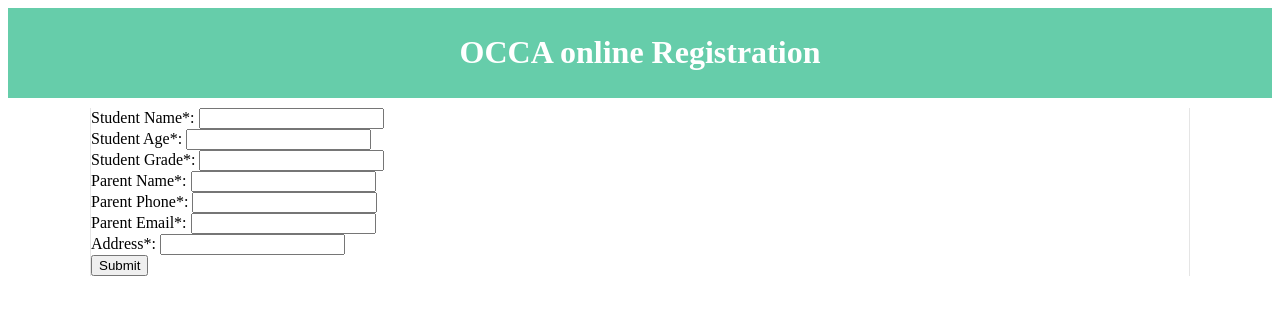
Repository: dreamxia329/TechExercise4830
Page: T3-0325-xia/T3-webProject-Xia/WebContent/register.html
These files come from the project's save history. The page is drawn as it stood at one moment and after the next save; the edit follows.
The browser window is 1280 px wide. The pictures show the whole page.

Above is the page before, as saved 2022-03-31 17:02:53.

After the next save:
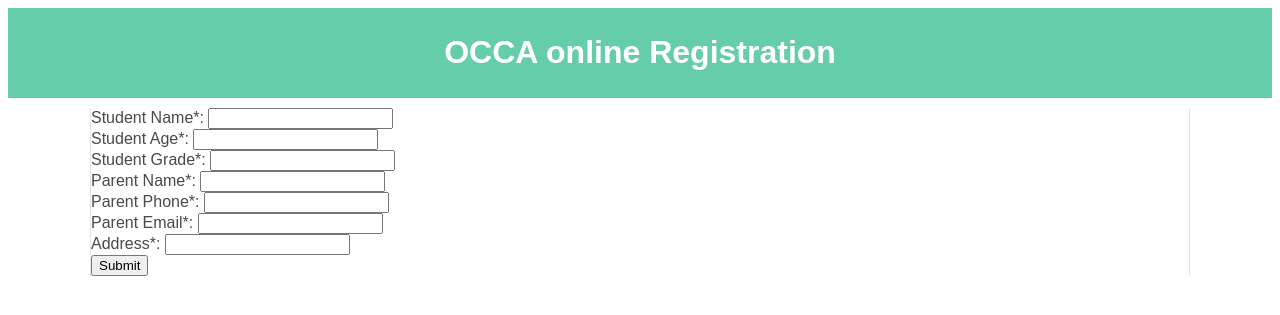
Saved 80 s later.
--- a/T3-0325-xia/T3-webProject-Xia/WebContent/register.html
+++ b/T3-0325-xia/T3-webProject-Xia/WebContent/register.html
@@ -1,6 +1,12 @@
 <html>
 <head>
 <style>
+
+body {
+  font-family: 'Poppins', sans-serif;
+  color: #48494a;
+}
+
 header {
 	background-color: #66CDAA;
 	color: white;
